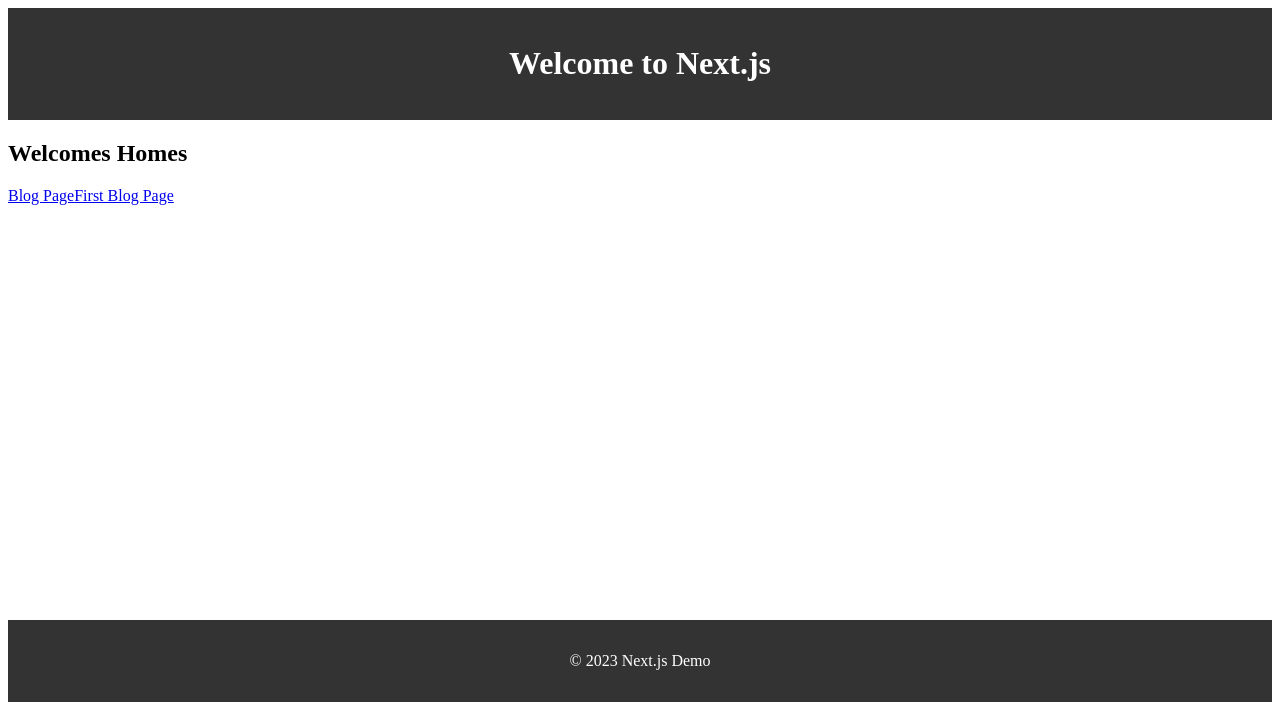
Repository: JasonMorta/NextJs-13_Basics
Page: / (app in NEXTJS15/next13-demo/)
These files come from the project's save history. The page is drawn as it stood at one moment and after the next save; the edit follows.
The browser window is 1280 px wide. The pictures show the whole page.
The project was rebuilt for these pictures with package versions that can differ from the ones it lists, and the page was loaded fresh each time. The framework's server and built-in components were replaced by stand-ins that run in the browser. Also part of the build but not shown: NEXTJS15/next13-demo/next.config.ts.

Above is the page before, as saved 2025-02-28 13:41:30.

After the next save:
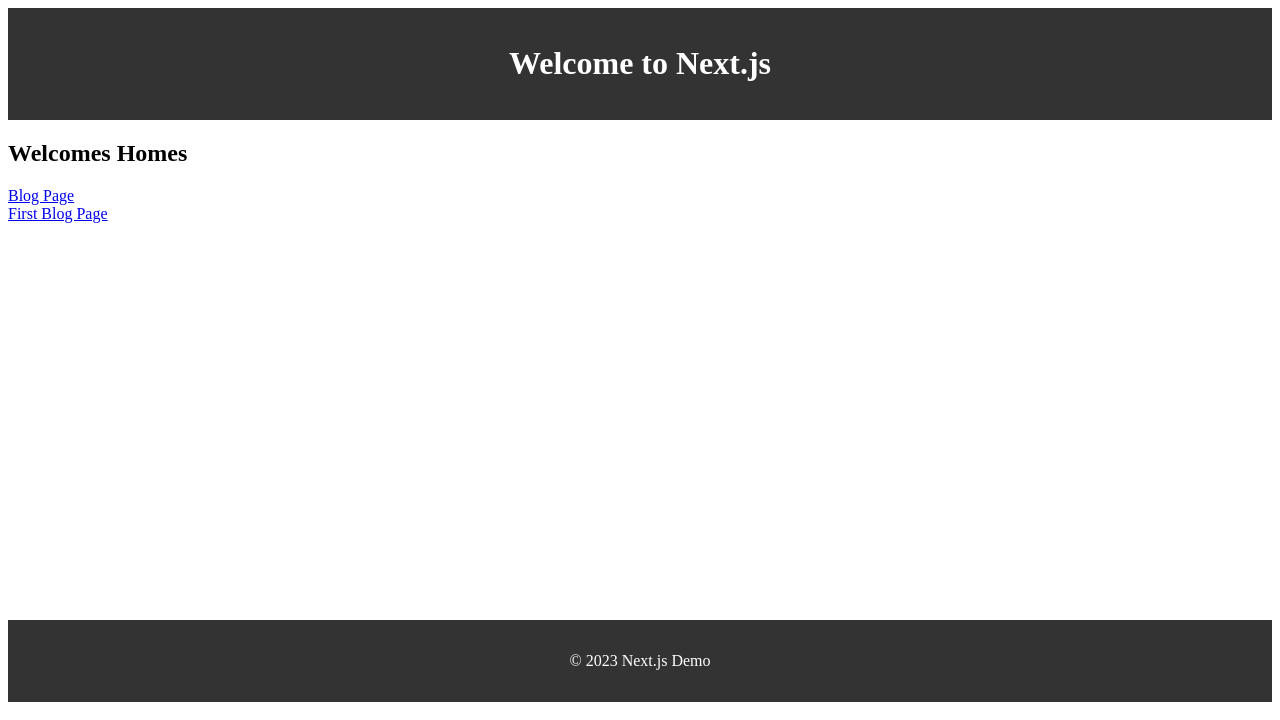
Saved 15 s later.
--- a/NEXTJS15/next13-demo/src/app/page.tsx
+++ b/NEXTJS15/next13-demo/src/app/page.tsx
@@ -5,7 +5,7 @@
   return (
     <section>
       <h1>Welcomes Homes</h1>
-      <Link href="/blog">Blog Page</Link>
+      <Link href="/blog">Blog Page</Link><br />
       <Link href="/products">First Blog Page</Link>
     </section>
   )
